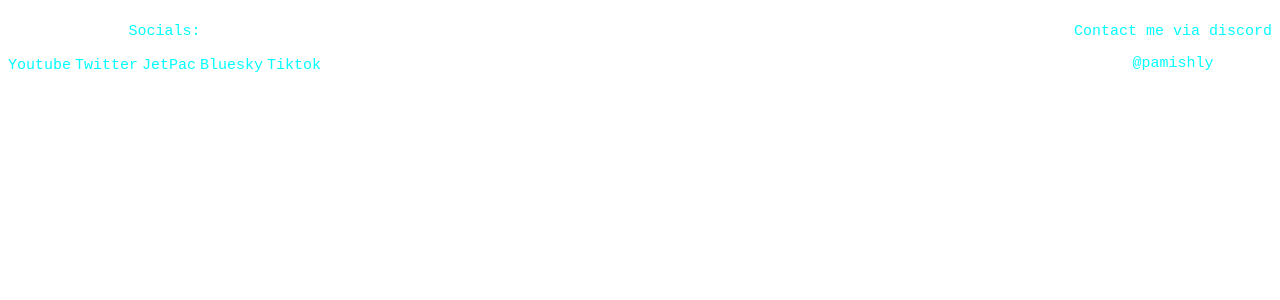
Repository: Pamishly/resources
Page: footer.html
These files come from the project's save history. The page is drawn as it stood at one moment and after the next save; the edit follows.
The browser window is 1280 px wide. The pictures show the whole page.

Above is the page before, as saved 2025-01-25 23:51:46.

After the next save:
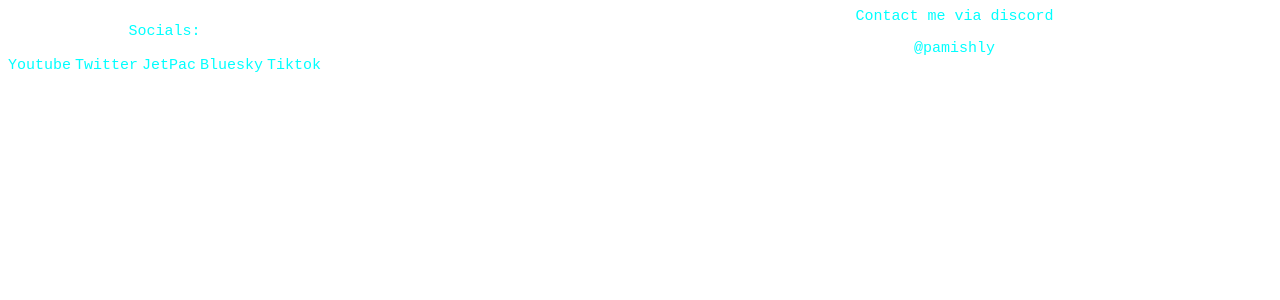
Saved 18 s later.
--- a/footer.html
+++ b/footer.html
@@ -22,7 +22,4 @@
         float:left;
         margin-right:25%;
     }
-    #contact {
-        float:right;
-    }
 </style>
